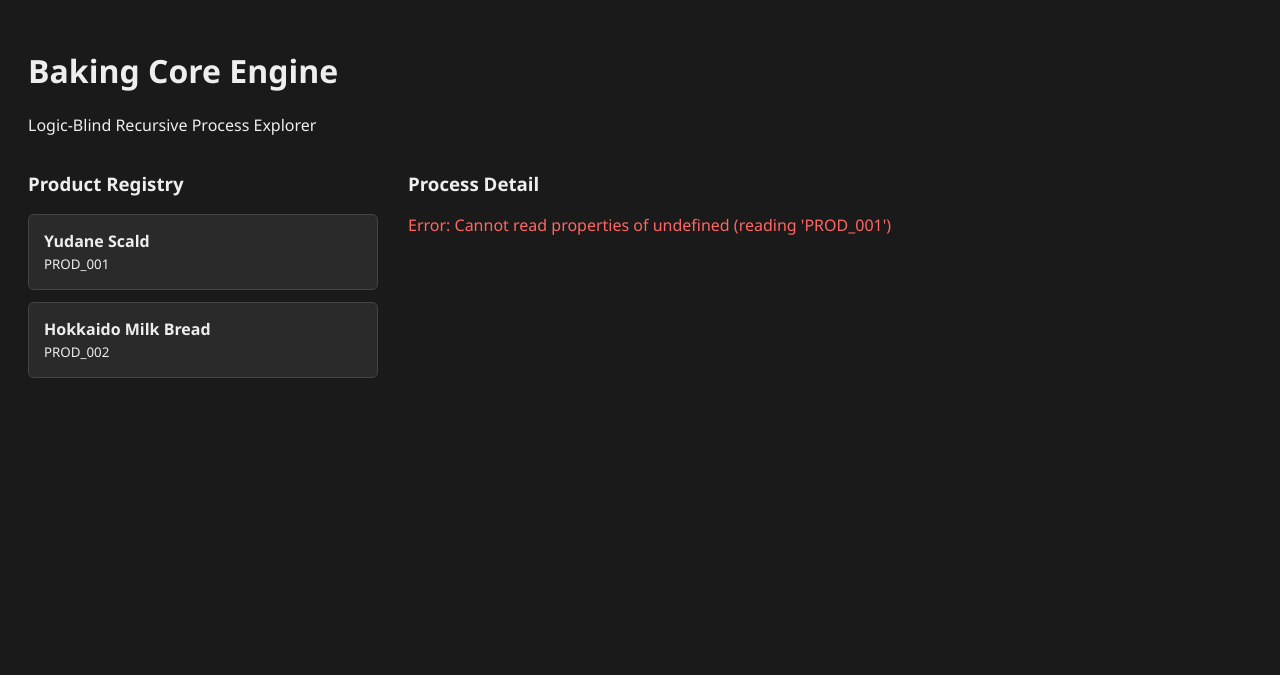
Repository: dkg11hu/baking-core
Page: index.html
These files come from the project's save history. The page is drawn as it stood at one moment and after the next save; the edit follows.
The browser window is 1280 px wide. The pictures show the whole page.
After loading, the first visible `div.recipe-card` was clicked once.

Above is the page before, as saved 2026-01-01 19:36:55.

### index.html
<!DOCTYPE html>
<html lang="en">
<head>
    <meta charset="UTF-8">
    <meta name="viewport" content="width=device-width, initial-scale=1.0">
    <title>Baking Core | Process Hierarchy</title>
    <link rel="stylesheet" href="style.css">
    <link rel="icon" type="image/svg+xml" href="data:[embedded picture, 224 characters]">
</head>
<body>
    <header>
        <h1>Baking Core Engine</h1>
        <p>Logic-Blind Recursive Process Explorer</p>
    </header>

    <div class="dashboard">
        <aside class="filter-panel">
            <h3>Product Registry</h3>
            <div id="product-list">Loading database...</div>
        </aside>

        <main class="process-view">
            <h3>Process Detail</h3>
            <div id="output">Select a product to visualize the production hierarchy.</div>
        </main>
    </div>

    <script type="module" src="app.js"></script>
</body>
</html>

### style.css
/* style.css */
body {
    font-family: 'Segoe UI', Tahoma, Geneva, Verdana, sans-serif;
    background: #1a1a1a;
    color: #eee;
    padding: 20px;
}

.dashboard {
    display: grid;
    grid-template-columns: 350px 1fr;
    gap: 30px;
}

/* Sidebar Product List */
.recipe-card {
    background: #2a2a2a;
    padding: 15px;
    margin-bottom: 12px;
    cursor: pointer;
    border-radius: 6px;
    border: 1px solid #444;
    transition: transform 0.1s, border-color 0.2s;
}

.recipe-card:hover {
    border-color: #f1c40f;
    transform: translateX(5px);
}

/* Hierarchy Tree Styling */
.hierarchy-container ul {
    list-style: none;
    padding-left: 24px;
    border-left: 2px solid #333;
    margin: 8px 0;
}

.tree-root {
    border-left: none !important;
    padding-left: 0 !important;
}

.node-item {
    display: flex;
    justify-content: space-between;
    align-items: center;
    padding: 8px 16px;
    margin: 6px 0;
    border-radius: 4px;
    background: #222;
    max-width: 500px;
    box-shadow: 0 2px 4px rgba(0,0,0,0.2);
}

.node-item.branch {
    border: 1px solid #f1c40f;
    background: #2c3e50;
    color: #f1c40f;
}

.node-item.leaf {
    color: #bdc3c7;
    border: 1px solid #333;
}

.mass {
    font-family: 'Courier New', Courier, monospace;
    font-weight: bold;
    background: rgba(0,0,0,0.3);
    padding: 2px 6px;
    border-radius: 3px;
}

/* style.css additions */
.cumulative-summary {
    margin-top: 40px;
    padding: 20px;
    background: #111;
    border-top: 2px solid #f1c40f;
    border-radius: 0 0 8px 8px;
}

.cumulative-summary table {
    width: 100%;
    border-collapse: collapse;
    margin-top: 10px;
}

.cumulative-summary th {
    text-align: left;
    color: #888;
    font-size: 0.8rem;
    text-transform: uppercase;
    padding: 8px;
    border-bottom: 1px solid #333;
}

.cumulative-summary td {
    padding: 10px 8px;
    border-bottom: 1px solid #222;
}

.cumulative-summary tr:last-child td {
    border-bottom: none;
}

### app.js
// app.js
import { GraphResolver } from './src/Graph/Core/Resolver.mjs';
import { Calculator } from './src/Graph/Logic/Calculator.mjs'; // FIXED: Crucial import

let ssot, locale;

async function boot() {
    try {
        const [ssotRes, localeRes] = await Promise.all([
            fetch('./data/Store/Registry/definitions.json'),
            fetch('./data/Store/Locale/en.json')
        ]);

        if (!ssotRes.ok || !localeRes.ok) throw new Error("Database files not found.");

        ssot = await ssotRes.json();
        locale = await localeRes.json();

        const db = ssot.registry || ssot.inventory;
        const products = Object.entries(db).filter(([_, item]) => item.type === 'BRANCH');

        const listContainer = document.getElementById('product-list');
        listContainer.innerHTML = products.map(([id]) => `
            <div class="recipe-card" onclick="runProcess('${id}')">
                <strong>${locale[id] || id}</strong><br>
                <small>${id}</small>
            </div>
        `).join('');

        console.log("Database initialized successfully.");
    } catch (err) {
        console.error("Boot failed:", err);
    }
}

// Updated Recursive HTML Builder with Database-Driven Rounding
function renderHierarchy(node, ssot, locale) {
    const name = locale[node.id] || node.id;
    const isBranch = node.type === 'BRANCH';

    // FETCH ROUNDING RULES FROM DATABASE
    const registry = ssot.registry || ssot.inventory;
    const item = registry[node.id];
    const categoryId = item ? item.category_id : 'OTHER';
    const rules = ssot.physics_categories[categoryId] || { ROUNDING_THRESHOLD_PCT: 0.05 };

    // APPLY CALCULATION (Using the same logic as the flat list)
    const roundedMass = Calculator.applyRounding(node.mass, rules.ROUNDING_THRESHOLD_PCT);

    let html = `<li>
        <div class="node-item ${node.type.toLowerCase()}">
            <span class="name">${name}</span>
            <span class="mass">${roundedMass}g</span>
        </div>`;

    if (isBranch && node.children) {
        html += `<ul>`;
        for (const child of node.children) {
            html += renderHierarchy(child, ssot, locale); // Pass ssot down
        }
        html += `</ul>`;
    }

    html += `</li>`;
    return html;
}

window.runProcess = async (id) => {
    const output = document.getElementById('output');
    output.innerHTML = "<em>Calculating and Scaling...</em>";

    try {
        const resolver = new GraphResolver(ssot);

        // 1. Execute queries
        const [hierarchy, rawFlatTotals] = await Promise.all([
            resolver.resolveHierarchy(id, 1000),
            resolver.resolve(id, 1000)
        ]);

        // 2. USE CALCULATOR: Apply rounding rules from definitions.json
        // Ensure Calculator.mjs uses 'export class Calculator'
        const sanitizedTotals = Calculator.sanitizeMiseEnPlace(rawFlatTotals, ssot);
        const finalTotals = Calculator.reconcileTotal(sanitizedTotals, 1000);

        // 3. RENDER UI
        let html = `<h3>Production Process: ${locale[id] || id}</h3>`;
        html += `<div class="hierarchy-container">
                    <ul class="tree-root">${renderHierarchy(hierarchy, locale)}</ul>
                 </div>`;

        html += `<div class="cumulative-summary">
                    <h3>Total Requisition (Mise en Place)</h3>
                    <table>
                        <thead><tr><th>Material</th><th>Total Mass</th></tr></thead>
                        <tbody>`;

        for (const [mid, mass] of Object.entries(finalTotals)) {
            html += `<tr>
                        <td>${locale[mid] || mid}</td>
                        <td class="mass">${mass}g</td>
                     </tr>`;
        }

        html += `</tbody></table></div>`;
        output.innerHTML = html;

    } catch (err) {
        console.error("Resolution Error:", err);
        output.innerHTML = `<div style="color:#ff6666">Error: ${err.message}</div>`;
    }
};

boot();

### src/Graph/Core/Resolver.mjs
import { Calculator } from '../Logic/Calculator.mjs';

export class GraphResolver {
    constructor(preLoadedSchema = null) {
        this.schema = preLoadedSchema;
        this.isBrowser = typeof window !== 'undefined';

        if (!this.isBrowser) {
            this.initNode();
        }
    }

    initNode() {
        this.root = process.env.BAKING_PATH || process.cwd();
    }

    /**
     * Flat Resolver: Used for Mise en Place (Flattens all leaves)
     */
    async resolve(nodeId, targetValue) {
        if (!this.schema) {
            this.schema = await this.loadJson('data/Store/Registry/definitions.json');
        }

        const db = this.schema.registry || this.schema.inventory;
        const item = db[nodeId];
        if (!item) throw new Error(`ID ${nodeId} NOT IN DATABASE REGISTRY`);

        const behavior = this.schema.logic_behaviors[item.type];

        if (!behavior.recursive) {
            return { [nodeId]: targetValue };
        }

        const entityPath = `data/Store/Entities/${nodeId.toLowerCase()}.json`;
        const entity = await this.loadJson(entityPath);

        const fKey = this.schema.field_mapping.RELATIONAL_DATA;
        const factor = Calculator.getScaleFactor(targetValue, entity[fKey]);

        let results = {};
        for (const part of entity[fKey]) {
            const subMass = part.pct * factor;
            const subRes = await this.resolve(part.id, subMass);

            for (const [id, mass] of Object.entries(subRes)) {
                results[id] = (results[id] || 0) + mass;
            }
        }
        return results;
    }

    /**
     * Hierarchical Resolver: Used for Process View (Preserves Tree)
     */
    async resolveHierarchy(nodeId, targetValue) {
        if (!this.schema) {
            this.schema = await this.loadJson('data/Store/Registry/definitions.json');
        }

        const db = this.schema.registry || this.schema.inventory;
        const item = db[nodeId];
        if (!item) throw new Error(`ID ${nodeId} NOT IN DATABASE REGISTRY`);

        const behavior = this.schema.logic_behaviors[item.type];

        if (!behavior.recursive) {
            return { id: nodeId, mass: targetValue, type: 'LEAF' };
        }

        const entityPath = `data/Store/Entities/${nodeId.toLowerCase()}.json`;
        const entity = await this.loadJson(entityPath);
        const fKey = this.schema.field_mapping.RELATIONAL_DATA;
        const factor = Calculator.getScaleFactor(targetValue, entity[fKey]);

        return {
            id: nodeId,
            mass: targetValue,
            type: 'BRANCH',
            children: await Promise.all(entity[fKey].map(async part => {
                return await this.resolveHierarchy(part.id, part.pct * factor);
            }))
        };
    }

    async loadJson(relativeUrl) {
        if (this.isBrowser) {
            const response = await fetch(`./${relativeUrl}`);
            return await response.json();
        } else {
            const fs = await import('fs');
            const path = await import('path');
            const absolutePath = path.join(this.root, relativeUrl);
            return JSON.parse(fs.readFileSync(absolutePath, 'utf-8'));
        }
    }
}

### src/Graph/Logic/Calculator.mjs
/**
 * PURE ENGLISH MATH LOGIC
 * Domain-agnostic mathematical operations for the Graph.
 */
export class Calculator {
    /**
     * Calculates the scale factor for a formula
     */
    static getScaleFactor(targetTotal, formula) {
        const sumParts = formula.reduce((sum, item) => sum + (item.pct || 0), 0);
        return sumParts > 0 ? targetTotal / sumParts : 0;
    }

    /**
     * Professional Rounding (5% Rule)
     */
    static applyRounding(value, threshold = 5) {
        if (value === 0) return 0;
        const rounded = Math.round(value);
        const deviation = Math.abs((rounded - value) / value) * 100;
        return (deviation > threshold) ? Number(value.toFixed(1)) : rounded;
    }
    static sanitizeMiseEnPlace(rawResults, ssot) {
        const sanitized = {};
        const registry = ssot.registry || ssot.inventory;
        const physics = ssot.physics_categories;

        for (const [id, mass] of Object.entries(rawResults)) {
            const entry = registry[id];
            const categoryId = entry ? entry.category_id : 'OTHER';

            // Dynamic lookup based on Database fieldnames
            const rules = physics[categoryId] || { ROUNDING_THRESHOLD_PCT: 0.05 };

            sanitized[id] = this.applyRounding(mass, rules.ROUNDING_THRESHOLD_PCT);
        }
        return sanitized;
    }
    /**
     * Processes raw weights into a rounded mise-en-place map
     */


    /**
     * Final Parity Check: Adjusts largest mass to match targetTotal exactly.
     */
    static reconcileTotal(sanitizedMaterials, targetTotal) {
        const entries = Object.entries(sanitizedMaterials);
        const currentSum = entries.reduce((sum, [_, mass]) => sum + mass, 0);
        const diff = targetTotal - currentSum;

        if (Math.abs(diff) < 0.01) return sanitizedMaterials;

        // Find the ID with the largest mass to absorb the correction
        const largestId = entries.reduce((a, b) => a[1] > b[1] ? a : b)[0];
        sanitizedMaterials[largestId] = Number((sanitizedMaterials[largestId] + diff).toFixed(1));

        return sanitizedMaterials;
    }

    /**
     * Relational Hydration Calculation
     */
    static calculateHydration(resolvedMaterials, schema) {
        let dryWeight = 0;
        let liquidWeight = 0;

        // Fieldnames from database: use inventory or registry
        const db = schema.inventory || schema.registry;

        for (const [id, mass] of Object.entries(resolvedMaterials)) {
            const item = db[id];
            if (!item) continue;

            const categoryId = item.category_id;
            const role = schema.physics_categories[categoryId]?.hydration_role;

            if (role === 'base') dryWeight += mass;
            if (role === 'fluid') liquidWeight += mass;
        }
        return dryWeight > 0 ? Math.round((liquidWeight / dryWeight) * 100) : 0;
    }
}

### data/Store/Registry/definitions.json
{
    "field_mapping": {
        "NODE_ID": "id",
        "RELATIONAL_DATA": "formula",
        "DEPENDENCY_LINK": "prerequisites",
        "CATEGORY": "category_id"
    },
    "logic_behaviors": {
        "LEAF": {
            "recursive": false
        },
        "BRANCH": {
            "recursive": true
        }
    },
    "physics_categories": {
        "DRY_MATTER": {
            "hydration_role": "base",
            "ROUNDING_THRESHOLD_PCT": 0.05,
            "PRECISION_DECIMALS": 1
        },
        "LIQUID": {
            "hydration_role": "fluid",
            "ROUNDING_THRESHOLD_PCT": 0.05,
            "PRECISION_DECIMALS": 1
        },
        "FAT": {
            "hydration_role": "ignore",
            "ROUNDING_THRESHOLD_PCT": 0.05,
            "PRECISION_DECIMALS": 1
        },
        "OTHER": {
            "hydration_role": "ignore",
            "ROUNDING_THRESHOLD_PCT": 0.05,
            "PRECISION_DECIMALS": 1
        }
    },
    "registry": {
        "MAT_001": {
            "category_id": "DRY_MATTER",
            "type": "LEAF"
        },
        "MAT_002": {
            "category_id": "LIQUID",
            "type": "LEAF"
        },
        "MAT_003": {
            "category_id": "LIQUID",
            "type": "LEAF"
        },
        "MAT_004": {
            "category_id": "OTHER",
            "type": "LEAF"
        },
        "MAT_005": {
            "category_id": "OTHER",
            "type": "LEAF"
        },
        "MAT_006": {
            "category_id": "FAT",
            "type": "LEAF"
        },
        "PROD_001": {
            "category_id": "DRY_MATTER",
            "type": "BRANCH"
        },
        "PROD_002": {
            "category_id": "DRY_MATTER",
            "type": "BRANCH"
        }
    },
    "orchestration": {
    "paths": { "entities": "Entities" },
    "output_mapping": {
      "name_column": "Ingredient",
      "value_column": "Amount",
      "id_column": "Code"
    }
  }
}

### data/Store/Locale/en.json
{
    "MAT_001": "Bread Flour BL-80",
    "MAT_002": "Water",
    "MAT_003": "Whole Milk",
    "MAT_004": "Fine Sea Salt",
    "MAT_005": "Instant Dry Yeast",
    "MAT_006": "Unsalted Butter",
    "PROD_001": "Yudane Scald",
    "PROD_002": "Hokkaido Milk Bread"
}

### data/Store/Entities/prod_001.json
{
  "id": "PROD_001",
  "formula": [
    { "id": "MAT_001", "pct": 50 },
    { "id": "MAT_002", "pct": 50 }
  ]
}

After the next save:
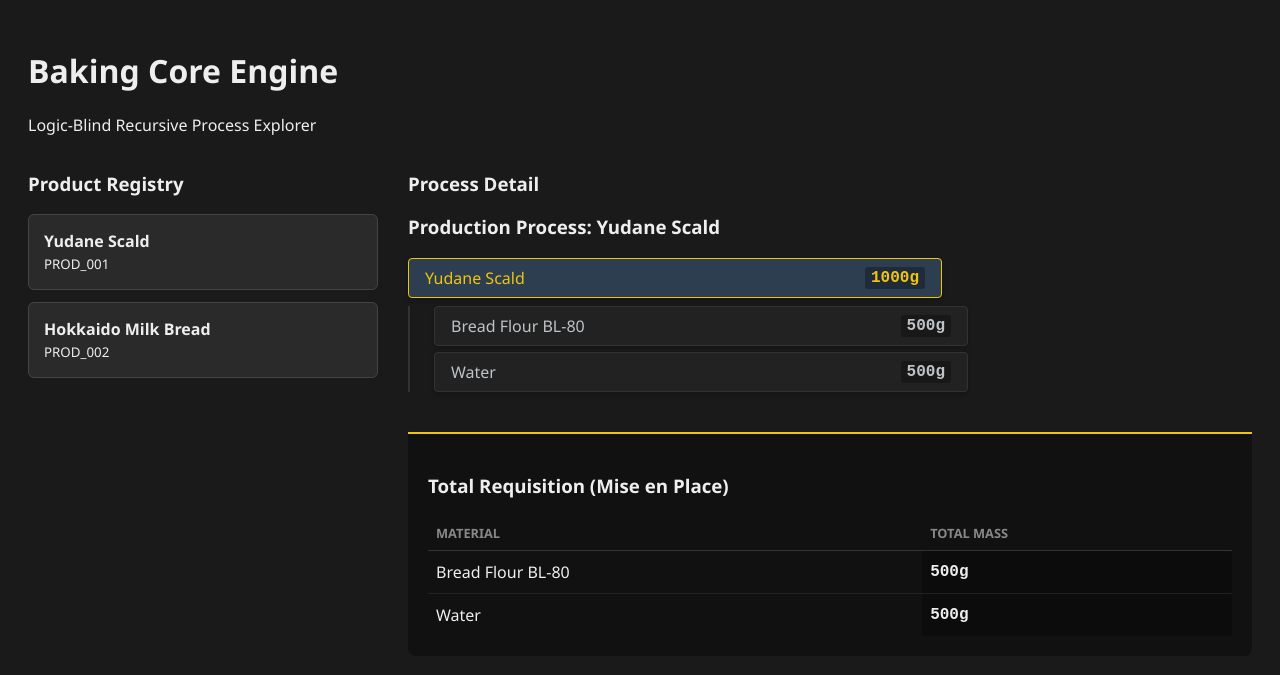
Saved 95 s later.
--- a/app.js
+++ b/app.js
@@ -1,6 +1,6 @@
 // app.js
 import { GraphResolver } from './src/Graph/Core/Resolver.mjs';
-import { Calculator } from './src/Graph/Logic/Calculator.mjs'; // FIXED: Crucial import
+import { Calculator } from './src/Graph/Logic/Calculator.mjs';
 
 let ssot, locale;
 
@@ -33,18 +33,21 @@ async function boot() {
     }
 }
 
-// Updated Recursive HTML Builder with Database-Driven Rounding
+/**
+ * Recursive HTML Builder with Database-Driven Rounding
+ * Parameters: node, ssot (for physics), locale (for names)
+ */
 function renderHierarchy(node, ssot, locale) {
     const name = locale[node.id] || node.id;
     const isBranch = node.type === 'BRANCH';
 
-    // FETCH ROUNDING RULES FROM DATABASE
+    // 1. FETCH ROUNDING RULES
     const registry = ssot.registry || ssot.inventory;
     const item = registry[node.id];
     const categoryId = item ? item.category_id : 'OTHER';
     const rules = ssot.physics_categories[categoryId] || { ROUNDING_THRESHOLD_PCT: 0.05 };
 
-    // APPLY CALCULATION (Using the same logic as the flat list)
+    // 2. APPLY UNIVERSAL ROUNDING
     const roundedMass = Calculator.applyRounding(node.mass, rules.ROUNDING_THRESHOLD_PCT);
 
     let html = `<li>
@@ -56,7 +59,8 @@ function renderHierarchy(node, ssot, locale) {
     if (isBranch && node.children) {
         html += `<ul>`;
         for (const child of node.children) {
-            html += renderHierarchy(child, ssot, locale); // Pass ssot down
+            // RECURSIVE CALL: Keep passing ssot and locale down the tree
+            html += renderHierarchy(child, ssot, locale);
         }
         html += `</ul>`;
     }
@@ -78,15 +82,16 @@ window.runProcess = async (id) => {
             resolver.resolve(id, 1000)
         ]);
 
-        // 2. USE CALCULATOR: Apply rounding rules from definitions.json
-        // Ensure Calculator.mjs uses 'export class Calculator'
+        // 2. CALCULATOR: Sanitize and Reconcile cumulative totals
         const sanitizedTotals = Calculator.sanitizeMiseEnPlace(rawFlatTotals, ssot);
         const finalTotals = Calculator.reconcileTotal(sanitizedTotals, 1000);
 
         // 3. RENDER UI
         let html = `<h3>Production Process: ${locale[id] || id}</h3>`;
+
+        // FIXED: Passing ALL THREE arguments: node, ssot, locale
         html += `<div class="hierarchy-container">
-                    <ul class="tree-root">${renderHierarchy(hierarchy, locale)}</ul>
+                    <ul class="tree-root">${renderHierarchy(hierarchy, ssot, locale)}</ul>
                  </div>`;
 
         html += `<div class="cumulative-summary">
